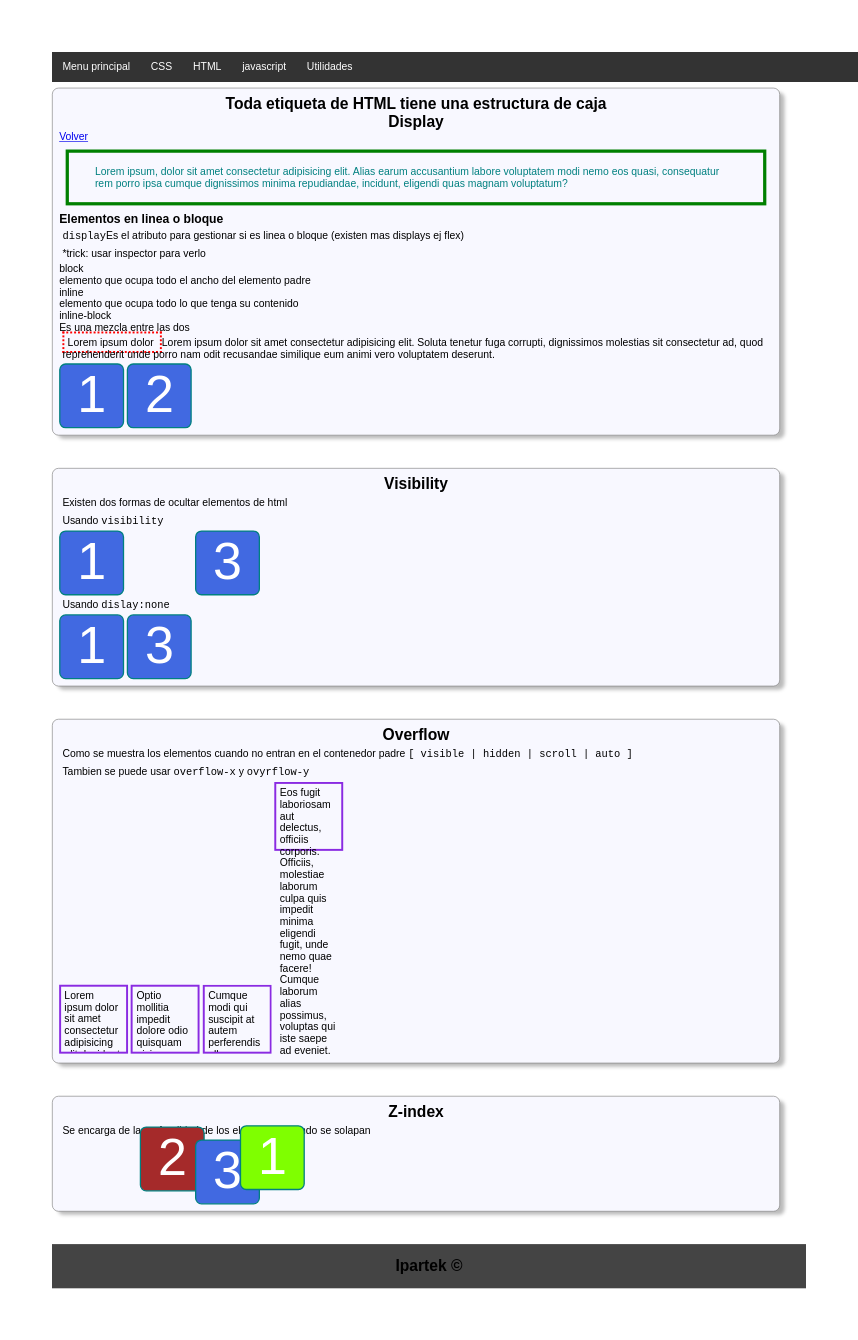
Repository: jcsanceledonio/java_2019_0396_2
Page: http://localhost/javaWebApp/ejemplos/html/box-model.jsp
The author's editor kept a copy of each file at every save. The page is drawn from the files as they stood at one save, then again after the next save.
The browser window is 1280 px wide. The page is 1280 px wide, then 1320 px, then 1280 px, so the pictures cover 1320 px, including what lies to the right of the window. The pictures show the whole page, at 65% of full size.
Some web libraries are served in a nearby version. The page is served by Tomcat 9. Other server files are loaded and not shown.

Above is the page before, as saved 2019-11-20 09:49:18.

### javaWebApp/src/main/webapp/ejemplos/html/box-model.jsp
<%String titulo = "HelloWeb | box-model";%>

<%@include file="/includes/header.jsp" %>
<%@include file="/includes/navigation.jsp"%>
    <style>
        body {
            padding: 80px;
        }

        span {
            border: 3px dotted red;
            padding: 5px;
        }

        p {

            padding: 5px;
        }

        p.prueba {
            color: teal;
            border: 5px solid green;
            margin: 10px;
            /* padding: 20px;  */
            padding: 20px 40px;
        }

        .box {
            display: inline-block;
            /* para que el bloque ocupe el borde que especifiquemos
            sin que se le sume los 2px de los bordes */
            box-sizing: border-box;
            width: 100px;
            height: 100px;

            border: 2px solid teal;
            background-color: royalblue;
            border-radius: 10px;

            color: #fff;
            font-size: 5em;
            text-align: center;
        }

        .box-texto {
            display: inline-block;
            width: 100px;
            height: 100px;
            border: 3px solid blueviolet;
        }

        section {
            border: 1px solid rgb(131, 131, 131);
            background-color: ghostwhite;
            padding: 10px;
            margin-bottom: 50px;
            border-radius: 10px;

            -webkit-box-shadow: 8px 6px 6px -1px rgba(0, 0, 0, 0.27);
            -moz-box-shadow: 8px 6px 6px -1px rgba(0, 0, 0, 0.27);
            box-shadow: 8px 6px 6px -1px rgba(0, 0, 0, 0.27);
        }
    </style>

    <h1>Visualización</h1>

    <section>
        <h2>Toda etiqueta de HTML tiene una estructura de caja</h2>
        <h2>Display</h2>
        <a href="index.jsp">Volver</a>

        <p class="prueba">Lorem ipsum, dolor sit amet consectetur adipisicing elit. Alias earum accusantium labore
            voluptatem modi nemo eos
            quasi, consequatur rem porro ipsa cumque dignissimos minima repudiandae, incidunt, eligendi quas magnam
            voluptatum?</p>

        <h3>Elementos en linea o bloque</h3>
        <p><code>display</code>Es el atributo para gestionar si es linea o bloque (existen mas displays ej flex)</p>
        <p>*trick: usar inspector para verlo</p>
        <dl>
            <dt>block</dt>
            <dd>elemento que ocupa todo el ancho del elemento padre</dd>

            <dt>inline</dt>
            <dd>elemento que ocupa todo lo que tenga su contenido</dd>

            <dt>inline-block</dt>
            <dd>Es una mezcla entre las dos</dd>

        </dl>

        <p> <span> Lorem ipsum dolor </span> Lorem ipsum dolor sit amet consectetur adipisicing elit. Soluta tenetur
            fuga
            corrupti, dignissimos molestias sit
            consectetur ad, quod reprehenderit unde porro nam odit recusandae similique eum animi vero voluptatem
            deserunt.
        </p>

        <div class="box">1</div>
        <div class="box">2</div>
    </section>

    <section>
        <h2>Visibility</h2>
        <p>Existen dos formas de ocultar elementos de html</p>
        <!-- Se oculta pero respeta el espacio -->
        <p>Usando <code>visibility</code></p>
        <div class="box">1</div>
        <div class="box" style="visibility:hidden">2</div>
        <div class="box">3</div>

        <!-- Se oculta y no ocupa espacio -->
        <p>Usando <code>dislay:none</code></p>
        <div class="box">1</div>
        <div class="box" style="display:none">2</div>
        <div class="box">3</div>
    </section>

    <section>
        <h2>Overflow</h2>
        <p> Como se muestra los elementos cuando no entran en el contenedor padre
            <code>[ visible | hidden | scroll | auto ]</code> </p>
        <p>Tambien se puede usar <code>overflow-x</code> y <code>ovyrflow-y</code></p>
        <div class="box-texto" style="overflow: hidden;">
            <p>Lorem ipsum dolor sit amet consectetur adipisicing elit. Incidunt laudantium ipsam facere explicabo in
                adipisci sed autem aliquid aspernatur magni neque, dolorem maiores! Quos praesentium dolorem inventore
                tenetur dolorum nam!</p>
        </div>
        <div class="box-texto" style="overflow: scroll;">
            <p>Optio mollitia impedit dolore odio quisquam nisi perferendis autem provident aspernatur sit, voluptates
                inventore et quia repellendus assumenda nesciunt officia voluptatem, harum est saepe pariatur
                consequatur! Ea eum quos veniam.</p>
        </div>
        <div class="box-texto" style="overflow: auto;">
            <p>Cumque modi qui suscipit at autem perferendis ullam tempore cum, culpa asperiores. Pariatur numquam
                provident velit facere quo vitae! Accusamus pariatur quaerat officia molestias ad fugit natus et
                dignissimos tempore!</p>
        </div>
        <div class="box-texto" style="overflow: visible;">
            <p>Eos fugit laboriosam aut delectus, officiis corporis. Officiis, molestiae laborum culpa quis impedit
                minima eligendi fugit, unde nemo quae facere! Cumque laborum alias possimus, voluptas qui iste saepe ad
                eveniet.</p>
        </div>

    </section>

    <section>
        <h2>Z-index</h2>
        <p>Se encarga de la profundidad de los elementos cuando se solapan</p>

        <div class="box"
            style="background-color: chartreuse; position: relative; left: 278px; bottom: 22px; z-index: 2;">1</div>
        <div class="box" style="z-index: 0;position: relative; top:-20px; left:20px; background-color: brown;">2</div>
        <div class="box" style="z-index: 1;position: relative;">3</div>

    </section>

  <%@include file="/includes/footer.jsp" %>

### javaWebApp/src/main/webapp/includes/header.jsp
<!DOCTYPE html> <!-- html5 -->
<html lang="es">

<head>
    <meta charset="UTF-8">
    <meta name="viewport" content="width=device-width, initial-scale=1.0">
    <meta http-equiv="X-UA-Compatible" content="ie=edge">
    <title><%=titulo%></title>
    <link href="https://fonts.googleapis.com/icon?family=Material+Icons" rel="stylesheet">
    <link rel="stylesheet" href="https://cdnjs.cloudflare.com/ajax/libs/font-awesome/5.11.2/css/all.css">

    <!-- <base href="/PruebaTecnica/"> -->
    <base href="/helloweb/">
    <!-- estilos -->
    <link rel="stylesheet" href="css/styles.css">

</head>

<body>

### javaWebApp/src/main/webapp/includes/navigation.jsp
 <header>
        <nav>
            <ul>
                <li><a href="#home">Menu principal</a></li>
                <li class="dropdown">
                    <a href="#" class="dropbtn">CSS</a>
                    <div class="dropdown-content">
                        <a href="ejemplos/css/animaciones.jsp">Animaciones</a>
                        <a href="ejemplos/css/basico.jsp">Basico</a>
                        <a href="ejemplos/css/especificidad.jsp">Especificidad</a>
                        <a href="ejemplos/css/avanzado.jsp">Avanzado</a>

                    </div>
                </li>
                <li class="dropdown">
                    <a href="#" class="dropbtn">HTML</a>
                    <div class="dropdown-content">
                        <a href="ejemplos/html/box-model.jsp">Visualizacion</a>
                        <a href="ejemplos/html/posicionamiento.jsp">Posicionamiento</a>
                        <a href="ejemplos/html/formulario.jsp">Formularios</a>
                        <a href="login.jsp">Login</a>
                    </div>
                </li>
                <li class="dropdown">
                    <a href="#" class="dropbtn">javascript</a>
                    <div class="dropdown-content">
                        <a href="ejemplos/js/game.jsp">Arkanoid</a>
                    </div>
                </li>
                <li class="dropdown">
                    <a href="#" class="dropbtn">Utilidades</a>
                    <div class="dropdown-content">
                        <a href="https://caniuse.com/">caniuse</a>
                    </div>
                </li>
            </ul>
        </nav>
    </header>

### javaWebApp/src/main/webapp/includes/footer.jsp
 <footer>
        <h2>Ipartek &copy</h2>
    </footer>

    <!-- javascript -->
    <script src="js/main.js"></script>
</body>

</html>

### javaWebApp/src/main/webapp/css/styles.css
/*
Hoja de estilos
esto es un comentario de bloque
@author: Juan Carlos
@version: 1.0
@tags: css, basic, etc...
@licencia mit
 */

* {
    margin: 0;
    padding: 0;
}

/*
orden CSS
1. Reset
2. @Keyframes
3. TODAS etiquetas estilos generales
4. Layouts
5. clases para reutilizar
6. cosas mas especificas como los ids
 */

body {
    font-size: 16px;
    font-family: Arial, Helvetica, sans-serif;
}

h1 {
    color: #0099CC;
    font-size: 3em;
    text-align: center;
}

h2 {
    text-align: center;
}

.tabla {
    background-color: white;
    text-align: center;
}

table {
    width: 50%;
    margin: auto;
}

table caption {
    font-size: 2em;
}

td {
    width: 50%;
    height: 30px;
    border: 1px solid #000;
    border-radius: 5px;
}

main {
    margin-bottom: 180px;
}

td:hover {
    background-color: rgb(24, 123, 236);
}

.fa-eye{
	color:red;

}

/* -------------------------------------- */

/* Formulario */

input[type="text"]:valid {
    color: green;
}

input[type="text"]:invalid {
    color: red;
}

/* /Fin formulario */

/* ----------------------------------------- */

.parallax {
    background-image: url(/helloweb/images/office.jpg);
    /* Create the parallax scrolling effect */
    height: 500px;
    background-attachment: fixed;
    background-position: center;
    background-repeat: no-repeat;
    background-size: cover;
}

.parallax h1 {
    padding-top: 3em;
}

.parallax h2 {
    padding-top: 0.5em;
}

nav {
    width: 100%;
    position: fixed;
}

nav ul {
    list-style-type: none;
    margin: 0;
    padding: 0;
    overflow: hidden;
    background-color: #333;
}

nav li {
    float: left;
}

nav li a, .dropbtn {
    display: inline-block;
    color: white;
    text-align: center;
    padding: 14px 16px;
    text-decoration: none;
}

nav li a:hover, .dropdown:hover .dropbtn {
    background-color: rgb(0, 60, 255);
}

nav li.dropdown {
    display: inline-block;
}

.dropdown-content {
    display: none;
    position: absolute;
    background-color: #f9f9f9;
    min-width: 160px;
    box-shadow: 0px 8px 16px 0px rgba(0, 0, 0, 0.2);
    z-index: 1;
}

.dropdown-content a {
    color: black;
    padding: 12px 16px;
    text-decoration: none;
    display: block;
    text-align: left;
}

.dropdown-content a:hover {
    background-color: #f1f1f1;
}

.dropdown:hover .dropdown-content {
    display: block;
}

footer {
    /*  position: fixed; */
    padding: 20px;
    bottom: 0;
    background-color: rgb(68, 68, 68);
    width: 100%;
}

#btnUp {
    width: 40px;
    height: 40px;
    display: flex;
    align-items: center;
    justify-content: center;
    background: rgb(5, 125, 165);
    border-radius: 50%;
    text-decoration: none;
    color: white;
    box-shadow: 2px 2px 5px rgba(0, 0, 0, 0.25);
    position: fixed;
    right: 20px;
    bottom: 20px;
    transition: background 0.25s;
}

#btnUp:active {
    background: rgb(4, 80, 105);
}

### javaWebApp/src/main/webapp/js/main.js
//Comentario de linea
/*
    Comentario de bloque
*/
/**
 *  Comentario de bloque para documentar
 */

console.trace('Esto es una traza de log');
console.info('Para informar de cosas');
var a = 2;
console.debug('La variable a=' + a);
//console.warn('alerta');
//console.error('Error en la conexion de al servidor');

function buscarVoluntario() {

    var personas = ["Juan", "Pepe", "Luis"];
    //console.trace('click buscaVoluntario');

    document.getElementById("nombre").innerHTML = personas[Math.floor(Math.random() * personas.length)];

    //document.getElementById('nombre').innerHTML = "Ander";
}

After the next save:
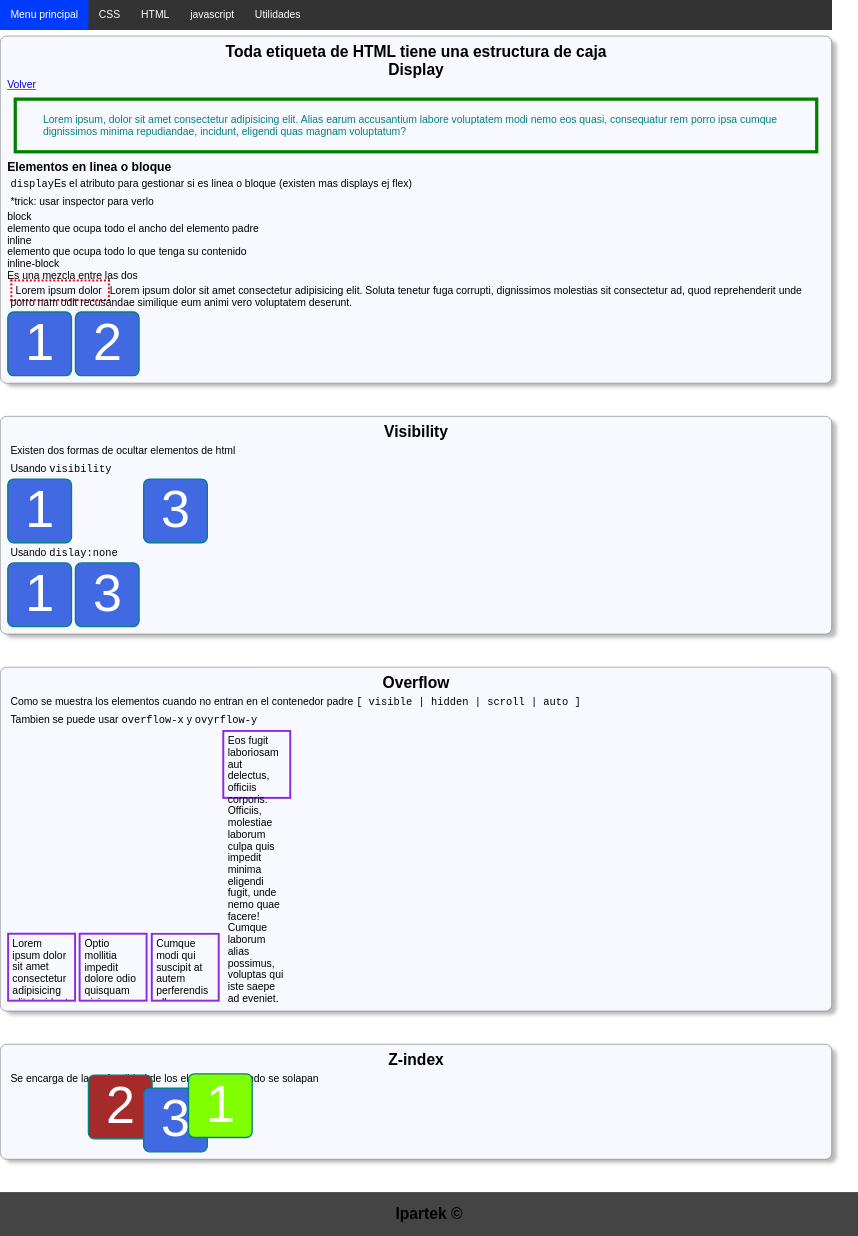
Saved 8 min 22 s later.
--- a/javaWebApp/src/main/webapp/ejemplos/html/box-model.jsp
+++ b/javaWebApp/src/main/webapp/ejemplos/html/box-model.jsp
@@ -4,7 +4,7 @@
 <%@include file="/includes/navigation.jsp"%>
     <style>
         body {
-            padding: 80px;
+           /*  padding: 80px; */
         }
 
         span {

After the save that followed:
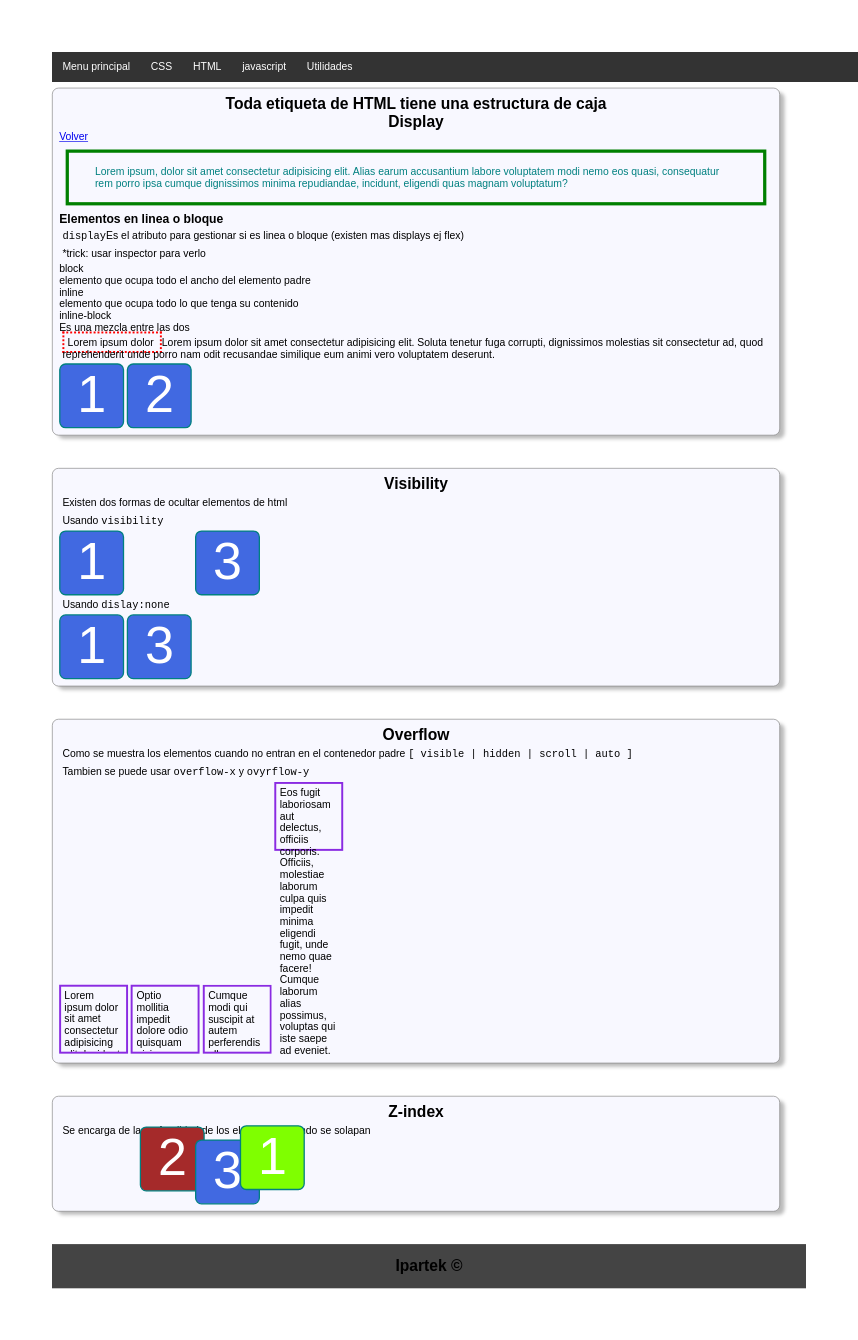
Saved 41 s later.
--- a/javaWebApp/src/main/webapp/ejemplos/html/box-model.jsp
+++ b/javaWebApp/src/main/webapp/ejemplos/html/box-model.jsp
@@ -4,7 +4,7 @@
 <%@include file="/includes/navigation.jsp"%>
     <style>
         body {
-           /*  padding: 80px; */
+           padding: 80px 80px 80px 80px;
         }
 
         span {
